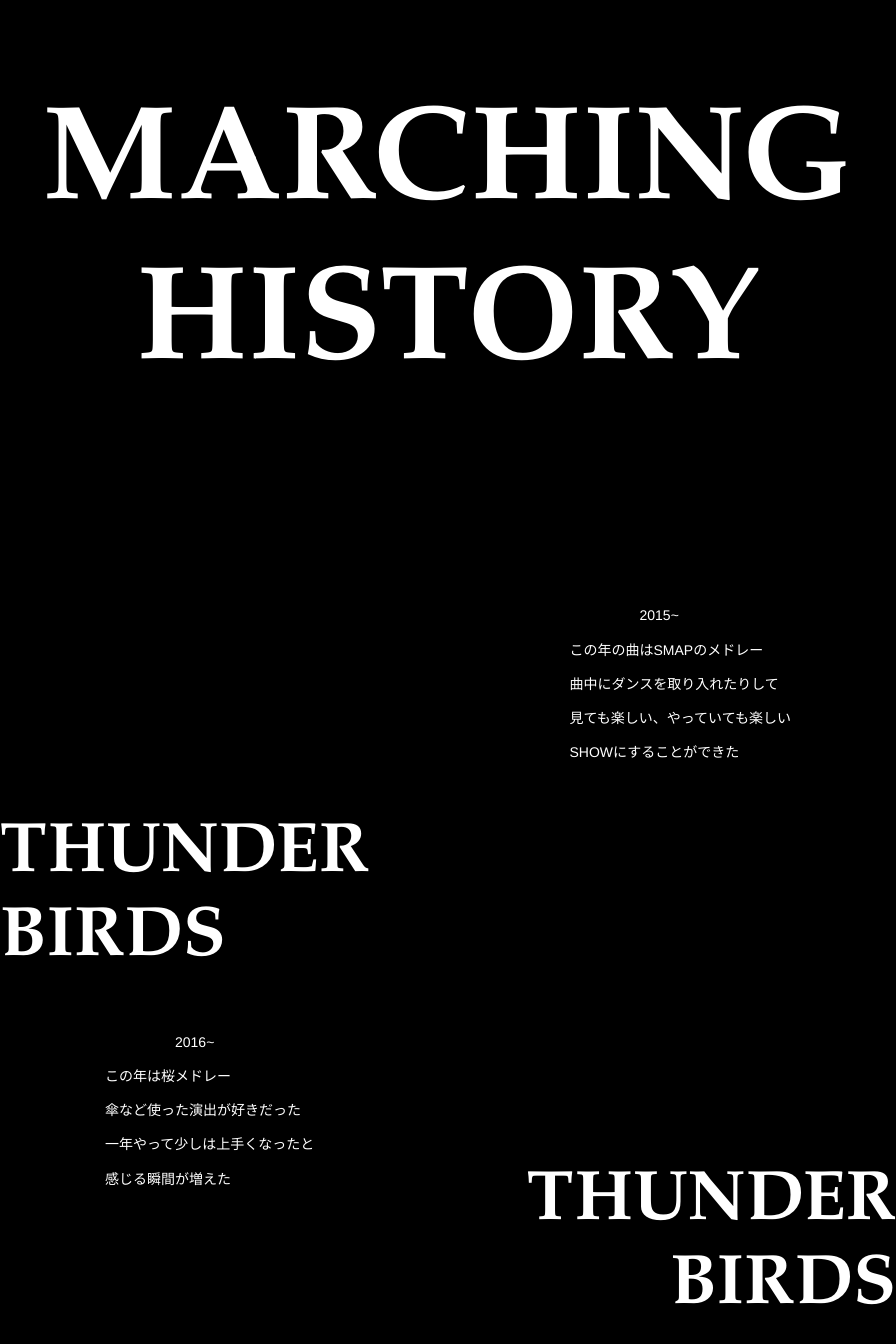
Repository: yutosoma/profile
Page: yuto/marching.html
The author's editor kept a record of every edit. The page is drawn from the files as they stood at one moment, then again after the next edit.
The browser window is 1280 px wide. The pictures show the part of the page from y = 0 to 1920 px (the page is 3950 px tall before and 3827 px after), at 70% of full size.

Above is the page before.

### yuto/marching.html
<!DOCTYPE html>
<html lang="en">
<head>
    <meta charset="UTF-8">
    <link rel="stylesheet" href="marching.css">
    <meta name="viewport" content="width=device-width, initial-scale=1.0">
    <meta http-equiv="X-UA-Compatible" content="ie=edge">
    <title>マーチング</title>
</head>

<body>
    <h1>MARCHING HISTORY</h1>
    <div class ="top-container-left">
         <P id="fadein1" class="fadein-before"><img src="image/mar1.png" class= "mar1"></P>
         <div class="explanation-left">
           <p>　　　　　2015~</p>
           <p>この年の曲はSMAPのメドレー</p>
           <P>曲中にダンスを取り入れたりして</P>
           <P>見ても楽しい、やっていても楽しい</P>
           <p>SHOWにすることができた</p>

         </div>
   </div>
   <button id="scroll-to-top-btn">≫</button>
   <h3 class="left">THUNDER<span class="br"></span> BIRDS</h3>
    <div class ="top-container-right">
         <div class="explanation-right">
          <P>　　　　　2016~</P>
          <P>この年は桜メドレー</P>
          <P>傘など使った演出が好きだった</P>
          <P>一年やって少しは上手くなったと</P>
          <p>感じる瞬間が増えた</p>
         </div>
         <P id="fadein2" class="fadein-before"><img src="image/mar2.png" class= "mar2"></P>
   </div>
   <h3 class="right">THUNDER<span class="br"></span> BIRDS</h3>
    <div class ="top-container-left">
         <P id="fadein3" class="fadein-before"><img src="image/mar3.png" class= "mar3"></P>
         <div class="explanation-left">
           <P>　　　　　2017~</P>
           <P>今年は吹奏楽の曲をアレンジして</P>
           <P>SHOWをした　曲は楓葉の舞</P>
           <P>練習する時はみんなで</P>
           <P>ハチマキをして気合を入れていた</P>
         </div>
   </div>
   <h3 class="left">THUNDER<span class="br"></span> BIRDS</h3>
    <div class ="top-container-right">
         <div class="explanation-right">
          <P>　　　　　2018~</P>
          <P>この年は教習所がテーマだった</P>
          <P>初めて一般団体で</P>
          <P>いろいろな人と練習ができて、楽しかった</P>
          <p>外で演奏する気持ちよさを知る</p>
         </div>
         <P id="fadein4" class="fadein-before"><img src="image/mar4.png" class= "mar4"></P>
    </div>
   <h3 class="right">SPIRIT<span class="br"></span>OF STARS</h3>

    <div class ="top-container-left">
         <P id="fadein5" class="fadein-before"><img src="image/mar5.png" class= "mar5"></P>
         <div class="explanation-left">
           <P>　　　　　2019~</P>
           <P>この年は学校がテーマだった</P>
           <P>日焼け止めを塗らずに</P>
           <P>練習をしていたので</P>
           <P>練習終わりはいつも真っ黒だった</P>
         </div>
   </div>
   <h3 class="left">SPIRIT<span class="br"></span> OF STAR</h3>
   <div class ="top-container-right">
         <div class="explanation-right">
          <P>　　　　　2020~</P>
          <P>この年は、戦がテーマだった</P>
          <P>栃木県まで練習しにいく</P>
          <P>初めて全国大会に出場することできて</P>
          <p>続けてよかったなと思った。</p>
         </div>
         <P id="fadein6" class="fadein-before"><img src="image/mar6.png" class= "mar6"></P>
    </div>
    <h3 class="right">SATUKI<span class="br"></span>　DREAMERS</h3>

    <script src="marching.js"></script>

   <footer>
        <small>ⓒ2022 yuto<small>
    </footer>

</body>
</html>

### yuto/marching.css
body{
 margin:0;
 background-color: black;
 font-family: 'Avenir','Helvetica Neue','Helvetica','Arial','Hiragino Sans','ヒラギノ角ゴシック',YuGothic,'Yu Gothic','メイリオ', Meiryo,'ＭＳ Ｐゴシック','MS PGothic'
}
.top-container-right {
display: flex;
margin-bottom: 200px;
text-align: right;
}
.top-container-left {
display: flex;
margin-bottom: 200px;
}
.mar1, .mar2, .mar3, .mar4, .mar5, .mar6 {
  padding: 10px;
  width: 50%;
  opacity: 0;
  transition-duration: 0.8s;
}
h1 {
    color: white;
    font-size: 190px;
    text-align: center;
    animation: blink-fast .3s linear infinite;
    font-family:"Book Antiqua";
    margin-bottom: 250px;
}
@keyframes blink-fast {
  0% {
    opacity: 0;
  }
  10% {
    opacity: 1;
  }
}


h3 {
  position: relative;
  bottom: 530px;
  font-size: 130px;
  text-align: center;
  margin-bottom: -420px;
  color: white;
  font-family:"Book Antiqua";
}
.explanation-left {
    color: white;
    position: relative;
    right:150px;
    top:10px;
    font-size: 20px;
    white-space: nowrap;

}
.explanation-right {
    color: white;
    position: relative;
    left:150px;
    top:10px;
    font-size: 20px;
    white-space: nowrap;
    text-align: left;
}
footer {
    margin-top: 30px;
    background-color:#652a60;
    font-color: black;
    font-size: 20px;
    text-align: center;
}

.is-scrollIn {
      opacity: 1;
      transform: translate(0, -100px);
    }

@media screen and (max-width: 1327px) {
  .left {
  position: relative;
  bottom: 530px;
  font-size: 100px;
  text-align: left;
  margin-bottom: -490px;
  color: white;
  font-family:"Book Antiqua";
}
.right {
  position: relative;
  bottom: 530px;
  font-size: 100px;
  text-align: right;
  margin-bottom: -490px;
  color: white;
  font-family:"Book Antiqua";
}
.br::after {
    content: "\A";
    white-space: pre;
}
}

### yuto/marching.js
const FADEIN_ELEM1 = document.getElementById('fadein1');

window.addEventListener('scroll', () => {
    const FADEIN_ELEM_TOP = FADEIN_ELEM1.getBoundingClientRect().top;
    const WINDOW_HEIGHT = window.innerHeight;
    if (WINDOW_HEIGHT > (FADEIN_ELEM_TOP + 200)) {
        FADEIN_ELEM1.classList.add('fadein-after');
    }else{
        FADEIN_ELEM1.classList.remove('fadein-after');
    }
});
/*---------------------------------------------------------*/
const FADEIN_ELEM2 = document.getElementById('fadein2');

window.addEventListener('scroll', () => {
    const FADEIN_ELEM_TOP = FADEIN_ELEM2.getBoundingClientRect().top;
    const WINDOW_HEIGHT = window.innerHeight;
    if (WINDOW_HEIGHT > (FADEIN_ELEM_TOP + 200)) {
        FADEIN_ELEM2.classList.add('fadein-after');
    }else{
        FADEIN_ELEM2.classList.remove('fadein-after');
    }
});
/*---------------------------------------------------------*/
const FADEIN_ELEM3 = document.getElementById('fadein3');

window.addEventListener('scroll', () => {
    const FADEIN_ELEM_TOP = FADEIN_ELEM3.getBoundingClientRect().top;
    const WINDOW_HEIGHT = window.innerHeight;
    if (WINDOW_HEIGHT > (FADEIN_ELEM_TOP + 200)) {
        FADEIN_ELEM3.classList.add('fadein-after');
    }else{
        FADEIN_ELEM3.classList.remove('fadein-after');
    }
});
/*---------------------------------------------------------*/
const FADEIN_ELEM4 = document.getElementById('fadein4');

window.addEventListener('scroll', () => {
    const FADEIN_ELEM_TOP = FADEIN_ELEM4.getBoundingClientRect().top;
    const WINDOW_HEIGHT = window.innerHeight;
    if (WINDOW_HEIGHT > (FADEIN_ELEM_TOP + 200)) {
        FADEIN_ELEM4.classList.add('fadein-after');
    }else{
        FADEIN_ELEM4.classList.remove('fadein-after');
    }
});
/*---------------------------------------------------------*/
const FADEIN_ELEM5 = document.getElementById('fadein5');

window.addEventListener('scroll', () => {
    const FADEIN_ELEM_TOP = FADEIN_ELEM5.getBoundingClientRect().top;
    const WINDOW_HEIGHT = window.innerHeight;
    if (WINDOW_HEIGHT > (FADEIN_ELEM_TOP + 200)) {
        FADEIN_ELEM5.classList.add('fadein-after');
    }else{
        FADEIN_ELEM5.classList.remove('fadein-after');
    }
});
/*---------------------------------------------------------*/
const FADEIN_ELEM6 = document.getElementById('fadein6');

window.addEventListener('scroll', () => {
    const FADEIN_ELEM_TOP = FADEIN_ELEM6.getBoundingClientRect().top;
    const WINDOW_HEIGHT = window.innerHeight;
    if (WINDOW_HEIGHT > (FADEIN_ELEM_TOP + 200)) {
        FADEIN_ELEM6.classList.add('fadein-after');
    }else{
        FADEIN_ELEM6.classList.remove('fadein-after');
    }
});
/*---------------------------------------------------------*/
const scroll_to_top_btn = document.querySelector('#scroll-to-top-btn');
scroll_to_top_btn.addEventListener( 'click' , scroll_to_top );

function scroll_to_top(){
	window.scroll({top: 0, behavior: 'smooth'});
};

window.addEventListener( 'scroll' , scroll_event );

function scroll_event(){

	if(window.pageYOffset > 400){
		scroll_to_top_btn.style.opacity = '1';
	}else	if(window.pageYOffset < 400){
		scroll_to_top_btn.style.opacity = '0';
	}

};

After the next edit:
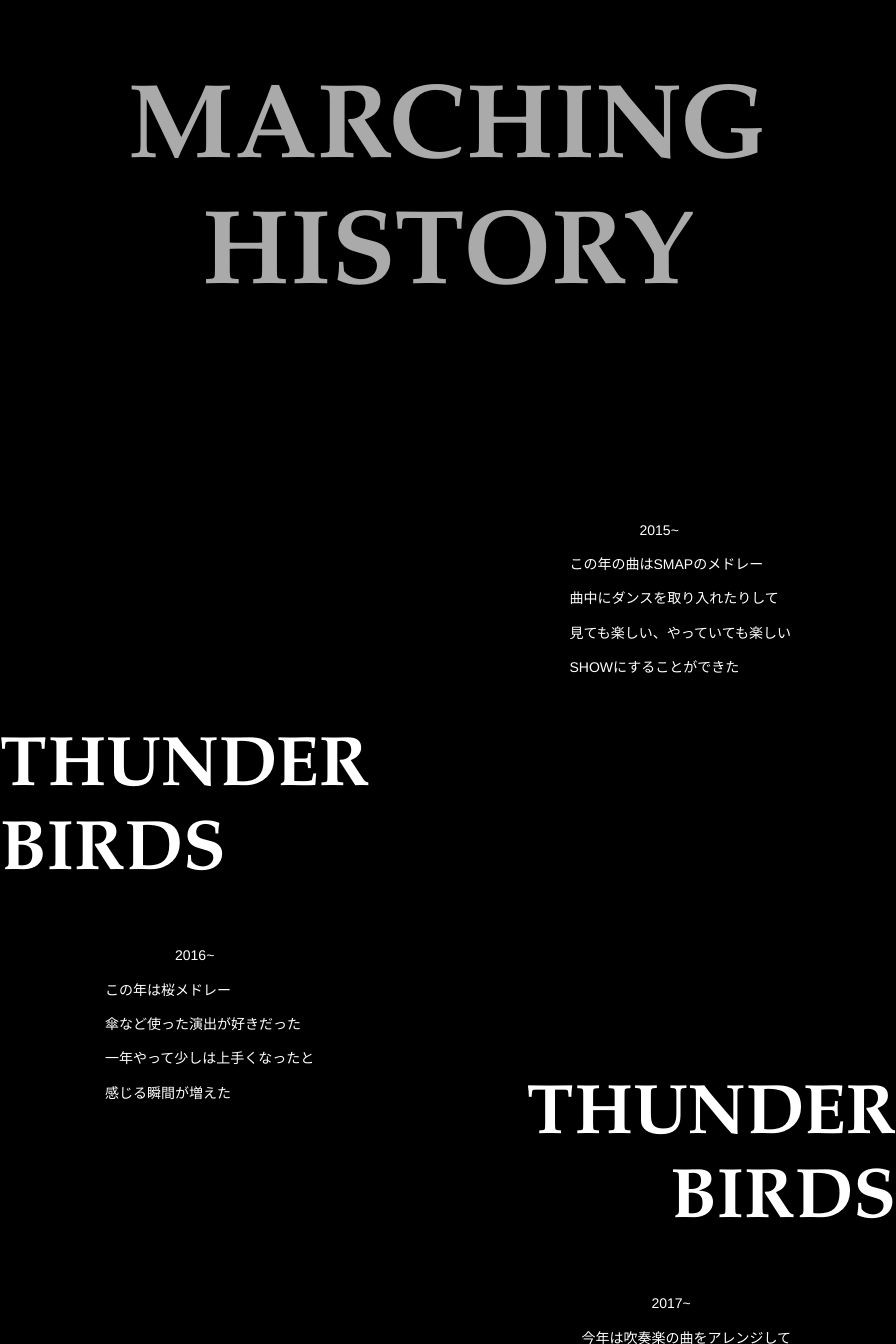
The edit:
--- a/yuto/marching.css
+++ b/yuto/marching.css
@@ -77,6 +77,14 @@
     }
 
 @media screen and (max-width: 1327px) {
+  h1 {
+    color: white;
+    font-size: 150px;
+    text-align: center;
+    animation: blink-fast .3s linear infinite;
+    font-family:"Book Antiqua";
+    margin-bottom: 250px;
+}
   .left {
   position: relative;
   bottom: 530px;
